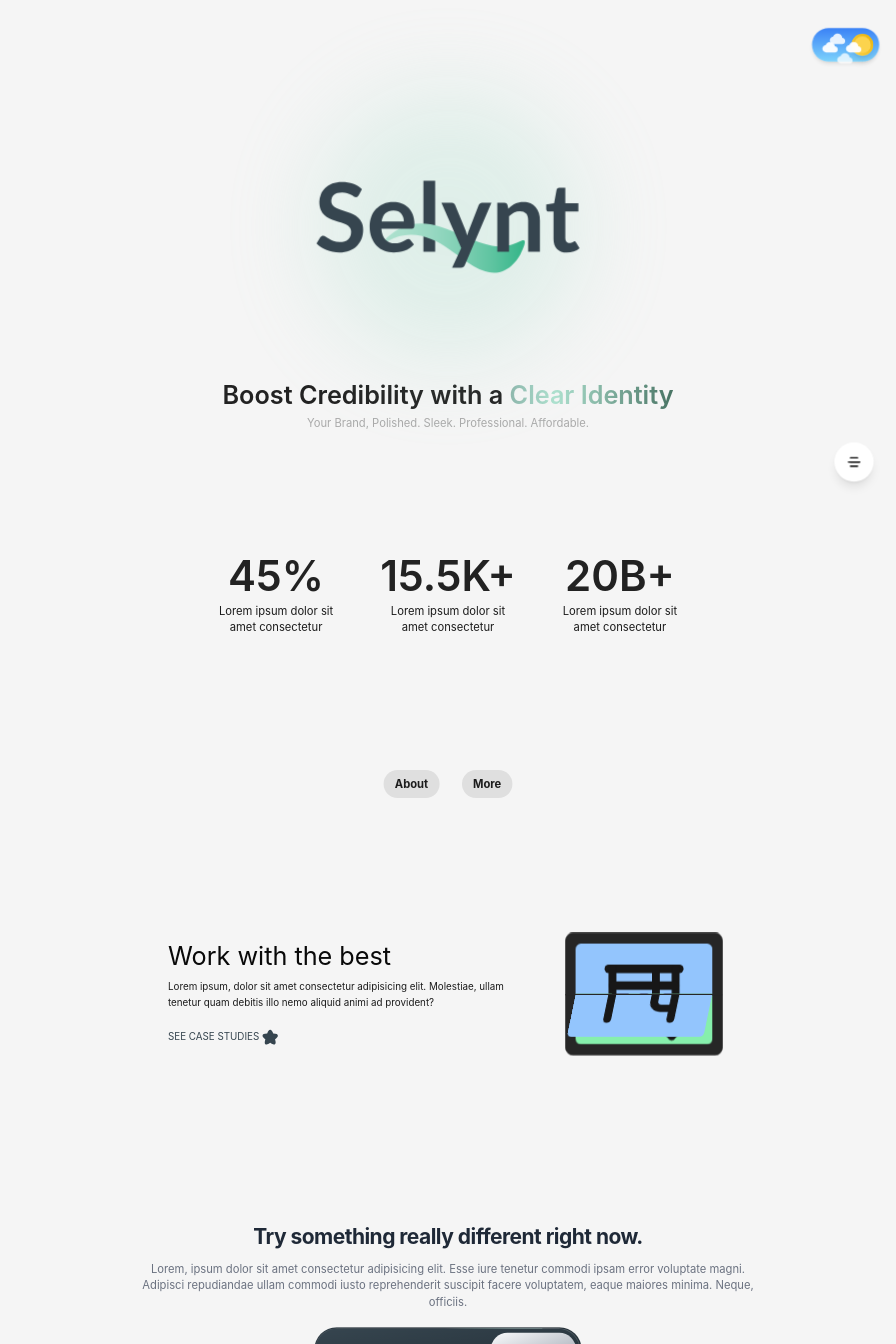
Repository: asojk/Selynt.Repo
Page: /
An editor plug-in stored every save of this project. The page is shown before and after the next save, followed by the edit.
The browser window is 1280 px wide. The pictures show the part of the page from y = 0 to 1920 px (the page is 2880 px tall before and 3036 px after), at 70% of full size.
The project was rebuilt for these pictures with package versions that can differ from the ones it lists, and the page was loaded fresh each time. Also part of the build but not shown: vite.config.ts, src/About.tsx, src/components/icons/SocialIcons.jsx.

Above is the page before, as saved 2024-10-14 13:57:17.

After the next save:
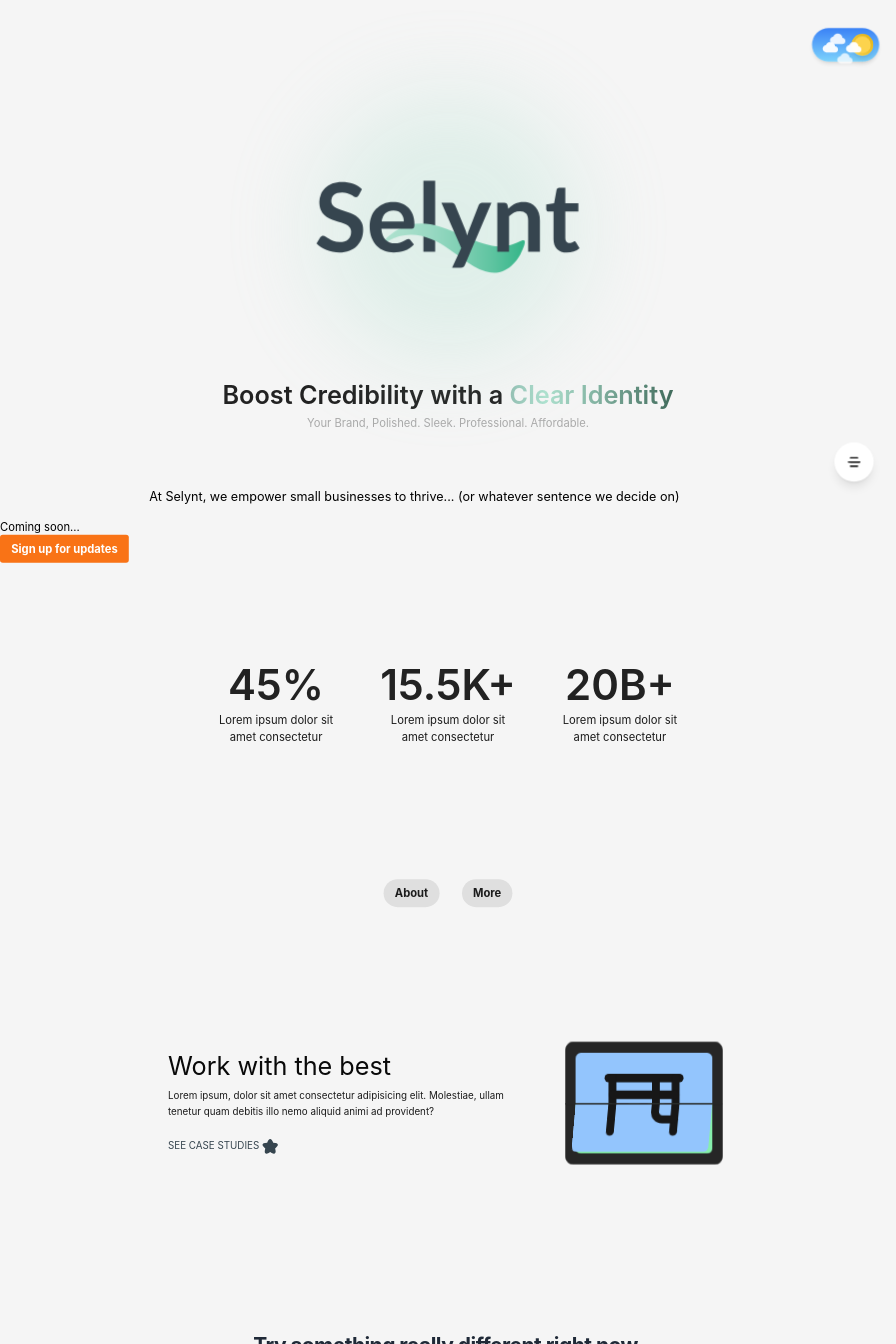
Saved 12 min 12 s later.
--- a/src/Home.tsx
+++ b/src/Home.tsx
@@ -39,6 +39,14 @@
 			</div>
 		</div>
 
+		<div className="mt-12 w-2/3 mx-auto text-lg">
+ At Selynt, we empower small businesses to thrive... (or whatever sentence we decide on)
+</div>
+<div className="mt-4">
+ Coming soon...
+</div>
+<button className="bg-orange-500 hover:bg-orange-600 text-white font-bold py-2 px-4 rounded">Sign up for updates</button>
+
 		<div className="flex flex-col space-y-12 md:space-y-16 lg:space-y-24 pt-12 items-center justify-center px-1 lg:px-12 pb-12">
 			<CountUpStats />
 			<div className='relative flex flex-row space-x-8 items-center justify-center'>
